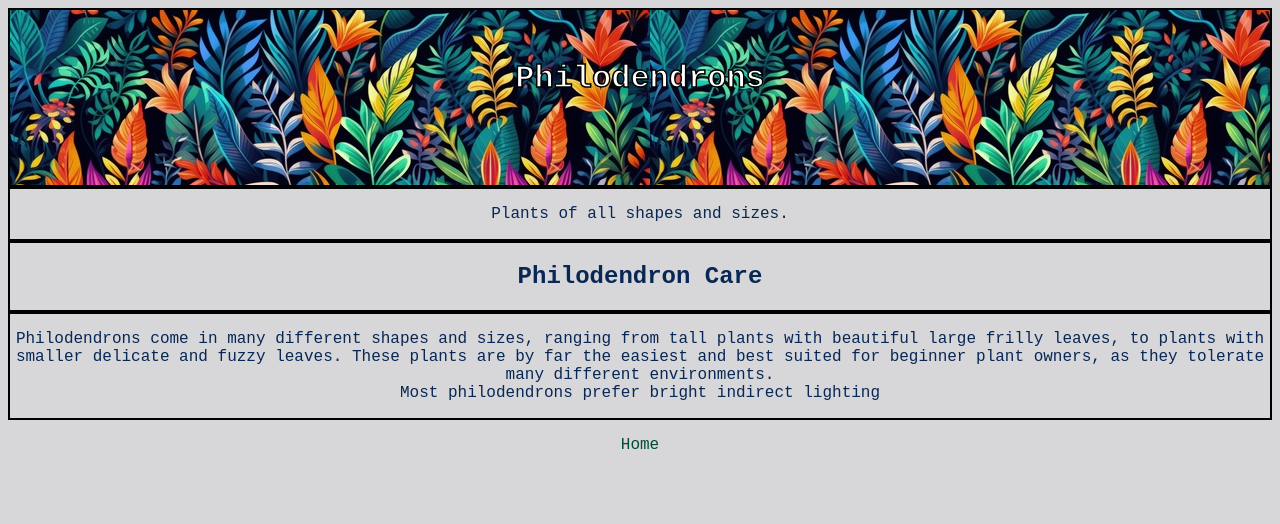
Repository: swillis91/odin-recipies
Page: Planty Page/philodendrons.html
These files come from the project's save history. The page is drawn as it stood at one moment and after the next save; the edit follows.
The browser window is 1280 px wide. The pictures show the whole page.

Above is the page before, as saved 2023-08-14 23:13:55.

### Planty Page/philodendrons.html
<!DOCTYPE html>
    <html>
        <head>
            <title>Calatheas</title>
            <link href="style.css" rel="stylesheet"
        </head>
        <body>
            <div class="Header">
            <h1 class="heading">Philodendrons</h1>
            </div>
            <div class="box">
              <p>Plants of all shapes and sizes.</p>
            </div>
            <div class="box">
            <h2 class="species">Philodendron Care</h2>
            </div>
            <div class="box">
                <p class="care">Philodendrons come in many different shapes and sizes, ranging from tall plants with beautiful large frilly leaves, to plants with smaller delicate and fuzzy leaves. These plants are by far the easiest and best suited for beginner plant owners, as they tolerate many different environments.
                <br>
                Most philodendrons prefer bright indirect lighting
            </p>
            </div>
              </p>
                <!--img src="./Images/makoyana.webp" id="calathea makoyana" width="700px"-->
            <footer>
                <nav>
                    <a href="./index.html" class="navigation">Home</a>

                </nav>
            </footer>
        </body>
    </html>

### Planty Page/style.css
body{
    background-color: rgb(215, 215, 217);
    color:rgb(8, 39, 85);
    text-align: center;
    font-family: 'Permanent Marker', cursive;
    font-family: 'Space Mono', monospace;
}

.heading{
    color: rgb(0, 0, 0);
    -webkit-text-fill-color: rgb(255, 255, 255);
    -webkit-text-stroke-width: 1.5px;
    -webkit-text-stroke-color: rgb(0, 0, 0);
    text-transform: capitalize;
    border: 2px solid rgb(0, 3, 3);
    background-image: url('Images/banner.jpg');
    height: 75px;
    margin: 0 auto;
    padding:50px 20px;

}

div.box{
    border:2px solid black;
    display: flex;
    margin-left: auto;
    flex-direction:column;
    align-content: center;
}

#calathea-makoyana{
    width: 500px;
    Height: auto:
}

.navigation{
    color:rgb(1, 75, 56);
    text-decoration: none;
}

a:hover{
    color: rgb(20, 220, 2);
    background-color: rgb(5, 55, 1);
}

After the next save:
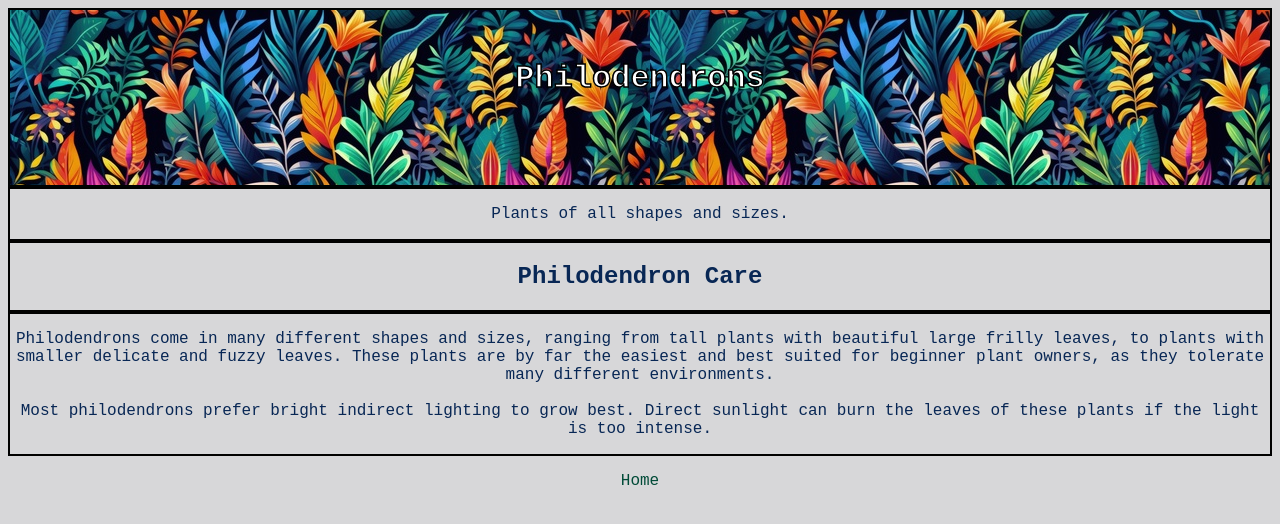
Saved 30 s later.
--- a/Planty Page/philodendrons.html
+++ b/Planty Page/philodendrons.html
@@ -17,7 +17,8 @@
             <div class="box">
                 <p class="care">Philodendrons come in many different shapes and sizes, ranging from tall plants with beautiful large frilly leaves, to plants with smaller delicate and fuzzy leaves. These plants are by far the easiest and best suited for beginner plant owners, as they tolerate many different environments.
                 <br>
-                Most philodendrons prefer bright indirect lighting
+                <br>
+                Most philodendrons prefer bright indirect lighting to grow best. Direct sunlight can burn the leaves of these plants if the light is too intense.
             </p>
             </div>
               </p>
